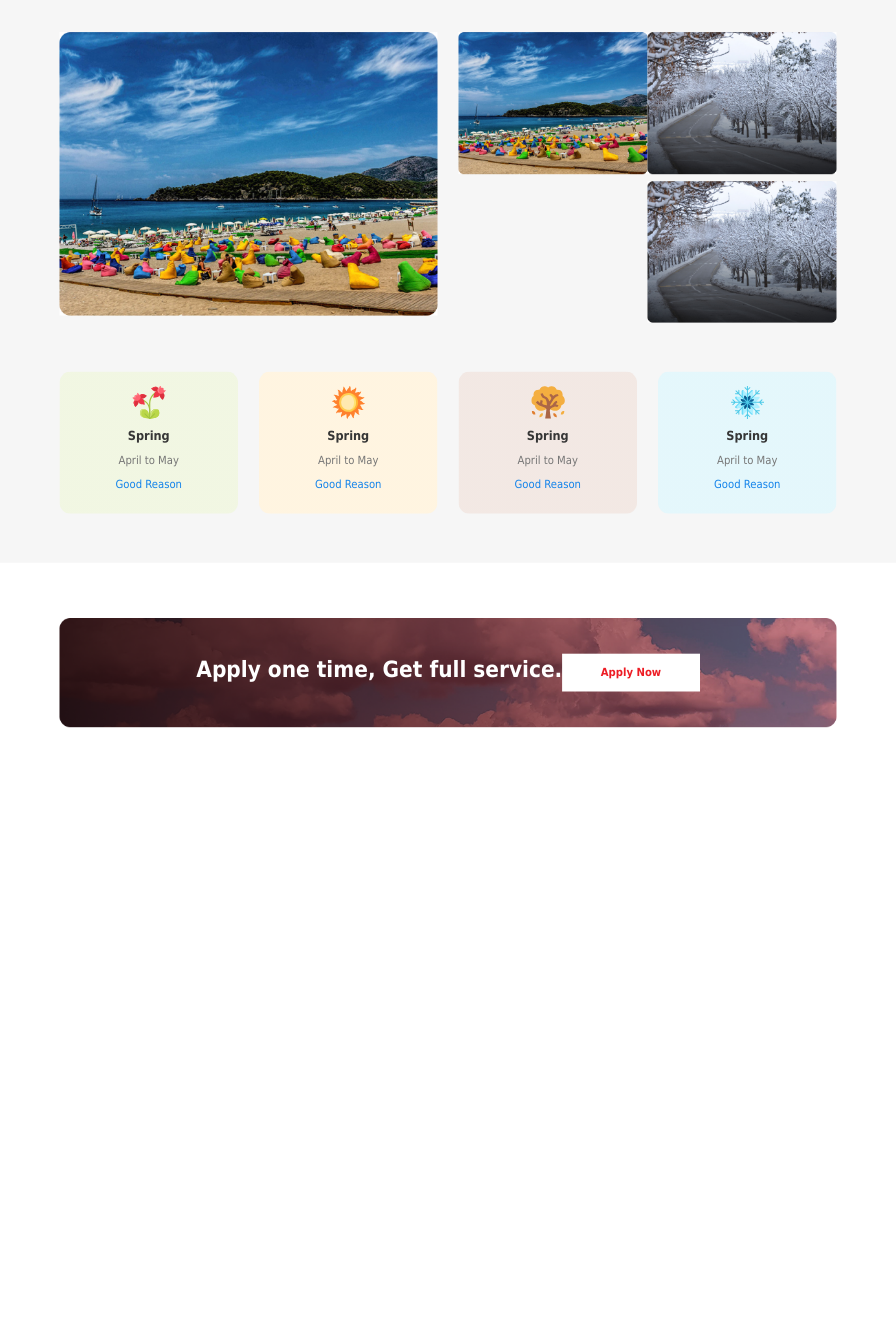
Repository: cvminhquan/turkey
Page: index.html
An editor plug-in stored every save of this project. The page is shown before and after the next save, followed by the edit.
The browser window is 1280 px wide. The pictures show the part of the page from y = 3007 to 4927 px (the page is 30000 px tall), at 70% of full size.
The style sheet was rebuilt from its Sass, Less or Tailwind sources for each picture, by a compiler version that may differ from the author's.

Above is the page before, as saved 2022-09-15 23:08:30.

After the next save:
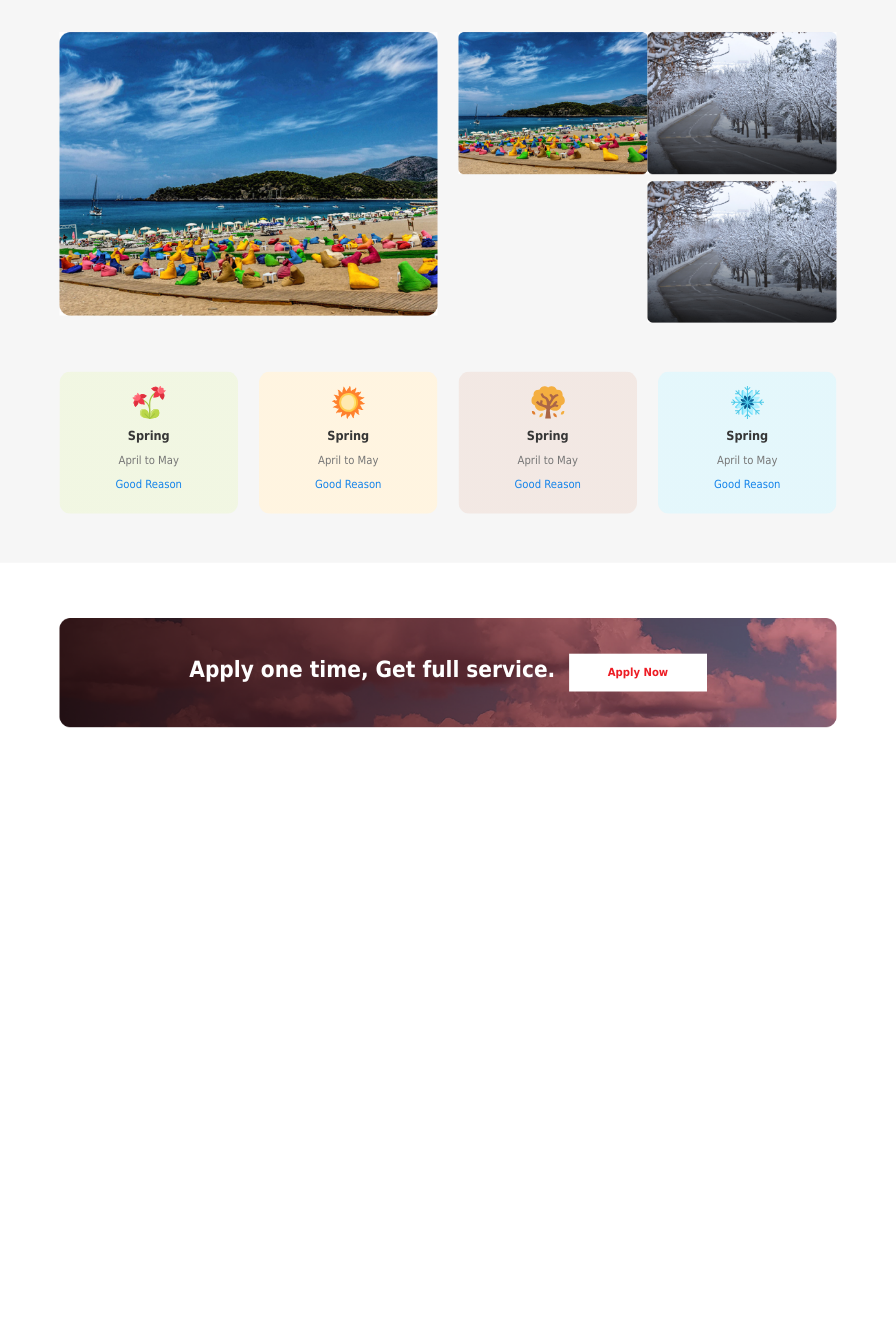
Saved 111 s later.
--- a/scss/main.scss
+++ b/scss/main.scss
@@ -228,6 +228,7 @@ header {}
         color: #ED1C24;
         font-weight: $font-bolder;
         padding: 15px 55px;
+        margin-left: 20px;
         background: #FFFFFF;
     }
 }
